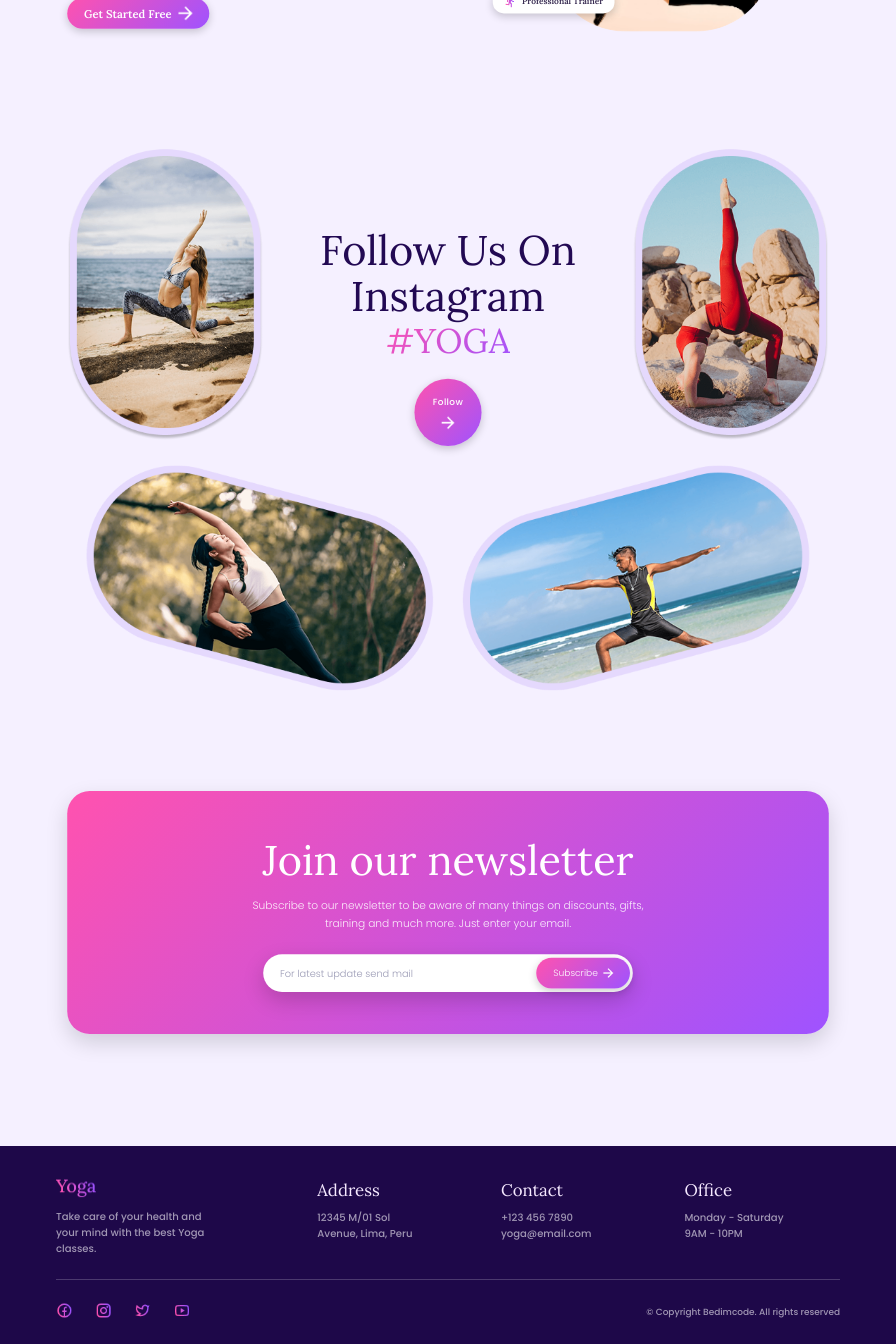
Repository: EunsuhJeon/responsive-yoga-website
Page: index.html
The author's editor kept a copy of each file at every save. The page is drawn from the files as they stood at one save, then again after the next save.
The browser window is 1280 px wide. The pictures show the part of the page from y = 1633 to 3553 px (the page is 3553 px tall before and 3543 px after), at 70% of full size.

Above is the page before, as saved 2025-11-27 22:51:21.

After the next save:
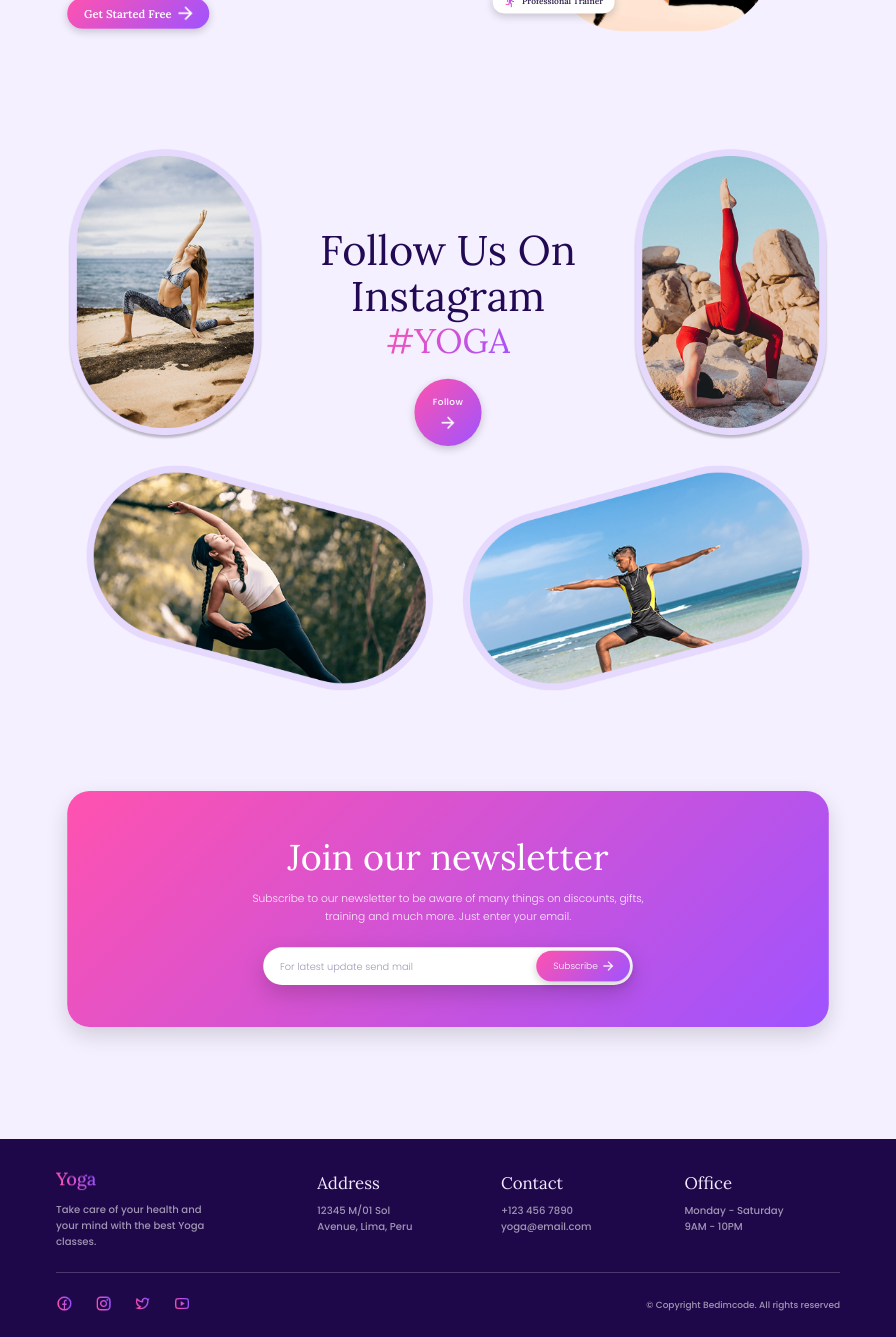
Saved 64 s later.
--- a/main.css
+++ b/main.css
@@ -833,7 +833,7 @@ header a{
 }
 
 .newsletter-title {
-  font-size: 3.7rem;
+  font-size: 3.2rem;
   font-weight: 400;
   margin-bottom: 16px;
 }
